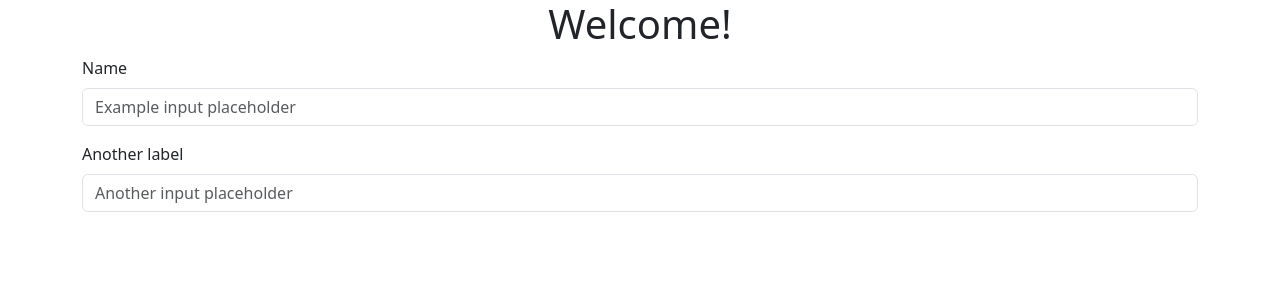
Repository: Senyadt2/Projects-On-Java
Page: HTTP-Servlet-request-response/src/main/webapp/index.html
These files come from the project's save history. The page is drawn as it stood at one moment and after a run of saves; the edit follows.
The browser window is 1280 px wide. The pictures show the whole page.

Above is the page before, as saved 2024-03-24 04:18:10.

After the next 2 saves:
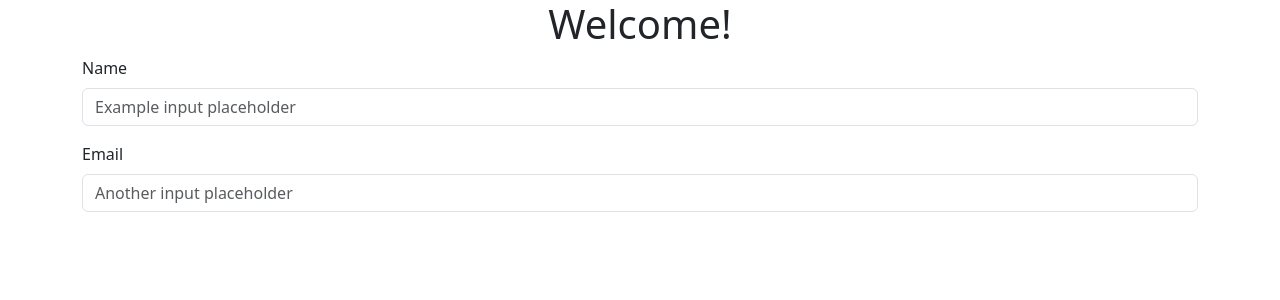
The 2 saves are shown as one change because they came seconds apart.
The last was saved 8 s later.
--- a/HTTP-Servlet-request-response/src/main/webapp/index.html
+++ b/HTTP-Servlet-request-response/src/main/webapp/index.html
@@ -11,16 +11,17 @@
 	crossorigin="anonymous">
 </head>
 <body>
-	<h1 style="text-align:center">Welcome!</h1>
+	<h1 style="text-align: center">Welcome!</h1>
 	<div class="container">
 		<div class="mb-3">
-			<label for="formGroupExampleInput" class="form-label">Name</label> <input type="text" class="form-control"
-				id="formGroupExampleInput" placeholder="Example input placeholder">
+			<label for="formGroupExampleInput" class="form-label">Name</label> <input
+				type="text" class="form-control" id="formGroupExampleInput"
+				placeholder="Example input placeholder">
 		</div>
 		<div class="mb-3">
-			<label for="formGroupExampleInput2" class="form-label">Another
-				label</label> <input type="text" class="form-control"
-				id="formGroupExampleInput2" placeholder="Another input placeholder">
+			<label for="formGroupExampleInput2" class="form-label">Email</label>
+			<input type="text" class="form-control" id="formGroupExampleInput2"
+				placeholder="Another input placeholder">
 		</div>
 	</div>
 	<script
